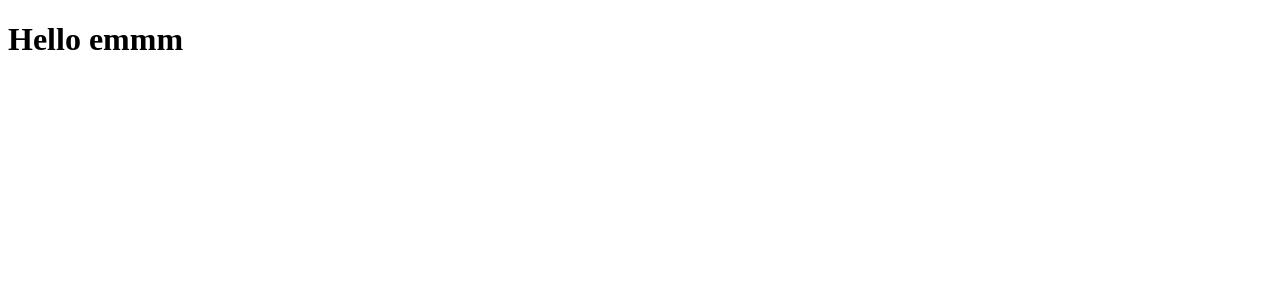
Repository: anhsan10012000/learn-git
Page: index.html
These files come from the project's save history. The page is drawn as it stood at one moment and after the next save; the edit follows.
The browser window is 1280 px wide. The pictures show the whole page.

Above is the page before, as saved 2022-07-16 09:59:33.

### index.html
<!DOCTYPE html>
<html lang="en">

<head>
    <meta charset="UTF-8">
    <meta http-equiv="X-UA-Compatible" content="IE=edge">
    <meta name="viewport" content="width=device-width, initial-scale=1.0">
    <title>Document</title>
    <script src="https://unpkg.com/react@18/umd/react.development.js" crossorigin></script>
    <script src="https://unpkg.com/react-dom@18/umd/react-dom.development.js" crossorigin></script>
</head>

<body>
    <div id="root"></div>
    <script>
        //DOM
        // const divDOM = document.createElement('div');
        // divDOM.className = 'post-item';
        // const h2DOM = document.createElement('h2');
        // h2DOM.title = 'Hoc React tai F8';
        // h2DOM.innerText = 'Hoc ReactJS';
        // const pDOM = document.createElement('p');
        // pDOM.innerText = 'Hoc ReactSJ tu co ban toi nang cao';
        // divDOM.appendChild(h2DOM);
        // divDOM.appendChild(pDOM);
        // document.body.appendChild(divDOM);
        // const ulDOM = document.createElement('ul');
        // ulDOM.className = 'ul-dom';
        // ulDOM.id = 'ul-list';
        // ulDOM.style = 'color: green; font-size: 40px;';
        // const li1DOM = document.createElement('li');
        // li1DOM.className = 'li-dom';
        // li1DOM.innerText = 'Javascript';
        // const li2DOM = document.createElement('li');
        // li2DOM.innerText = 'ReactJs';
        // ulDOM.appendChild(li1DOM);
        // ulDOM.appendChild(li2DOM);
        // document.body.appendChild(ulDOM);
        //    const h1DOM = document.createElement('h1');
        //    h1DOM.title = 'hello';
        //    h1DOM.className = 'heading';
        //    h1DOM.innerText = 'Hello may cung ';
        //    document.body.appendChild(h1DOM);
        //React
        const divReact = React.createElement(
            'div',
            { className: 'post-item' },
            React.createElement('h2', { title: 'Hoc React tai F8' }, 'Hoc React JS'),
            React.createElement('p', null, 'Hoc ReactJS tu co ban toi nang cao')
        );

        const ulReact = React.createElement(
            'ul',
            { id: 'ul-react', style: 'color: green; font-size: 40px;', },
            React.createElement('li', null, 'Javascript'),
            React.createElement('li', null, 'ReactJs'),
        );

        const h1React = React.createElement('h1', {
            title: 'Hello',
            className: 'heading',
        }, 'Hello emmm');


        //Get root element
        const container = document.getElementById('root')
        //React@17
        //React-DOM -> Render UI
        // ReactDOM.render(divReact,root);
        const root = ReactDOM.createRoot(container)
        root.render(divReact);
        root.render(ulReact);
        root.render(h1React);
    </script>
</body>

</html>

After the next save:
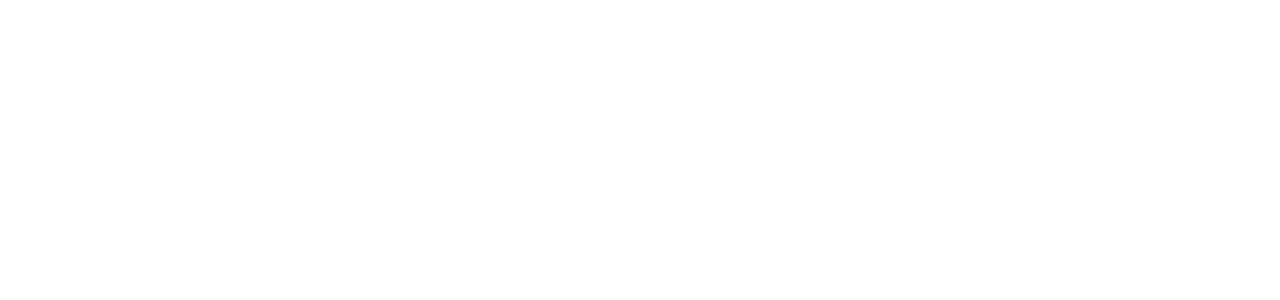
Console error (its wording comes from the project's code and is left out).
Saved 17 s later.
--- a/index.html
+++ b/index.html
@@ -70,7 +70,7 @@
         const root = ReactDOM.createRoot(container)
         root.render(divReact);
         root.render(ulReact);
-        root.render(h1React);
+        // root.render(h1React);
     </script>
 </body>
 

After the save that followed:
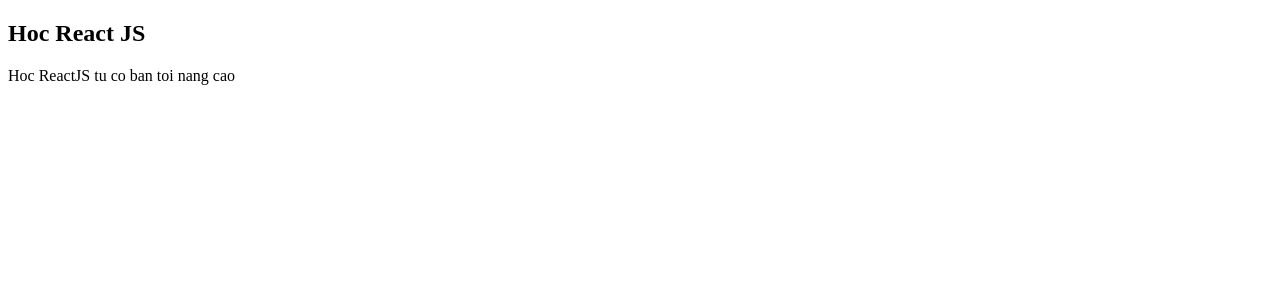
The error is gone.
Saved 5 s later.
--- a/index.html
+++ b/index.html
@@ -69,7 +69,7 @@
         // ReactDOM.render(divReact,root);
         const root = ReactDOM.createRoot(container)
         root.render(divReact);
-        root.render(ulReact);
+        // root.render(ulReact);
         // root.render(h1React);
     </script>
 </body>
